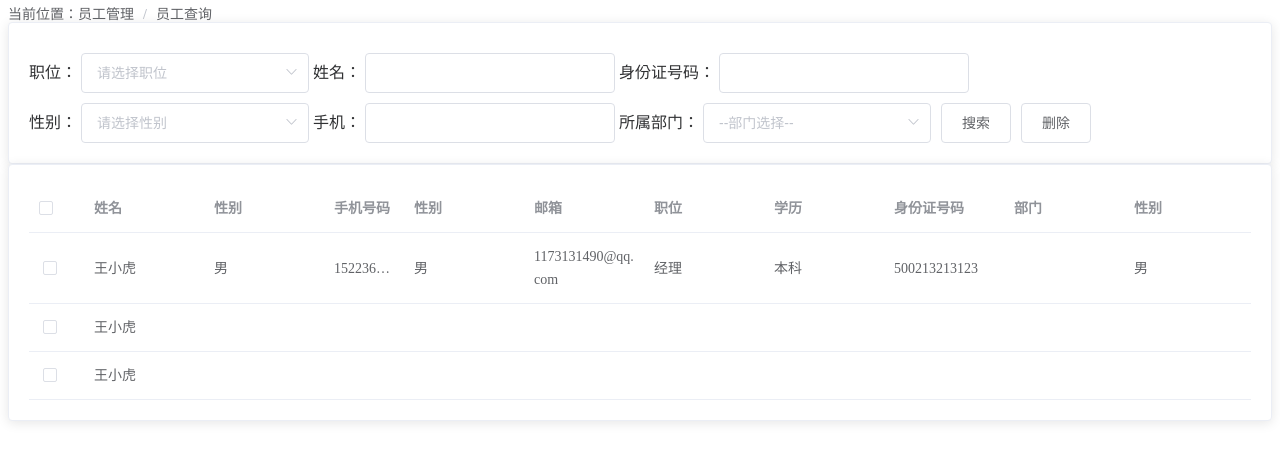
Repository: YUNjwyao/vue_hrm
Page: /#/employee
An editor plug-in stored every save of this project. The page is shown before and after the next save, followed by the edit.
The browser window is 1280 px wide. The pictures show the whole page.
The project was rebuilt for these pictures with package versions that can differ from the ones it lists, and the page was loaded fresh each time.

Above is the page before, as saved 2020-10-15 19:45:27.

After the next save:
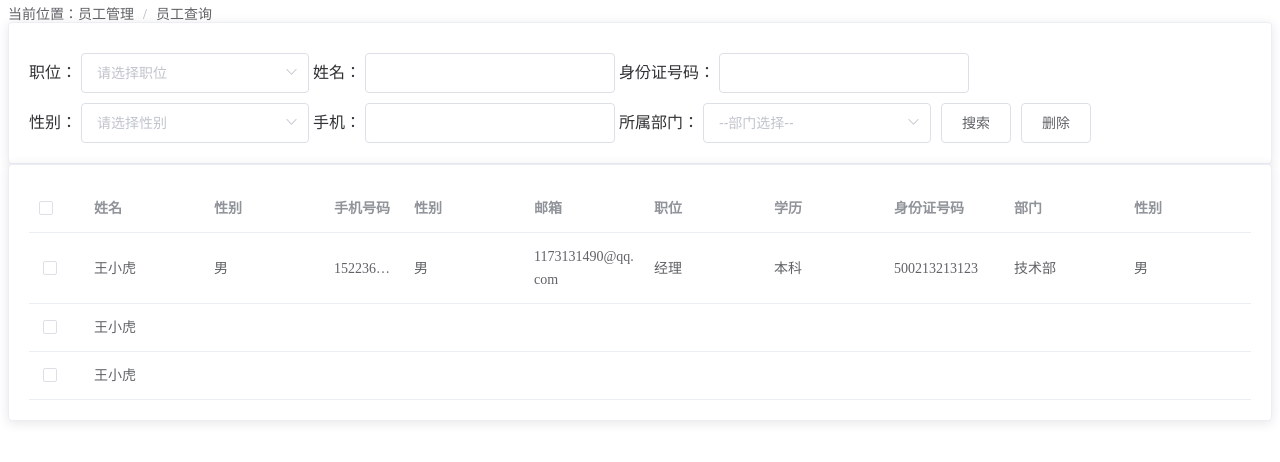
Saved 28 s later.
--- a/src/components/Employee/EmployeeQuery.vue
+++ b/src/components/Employee/EmployeeQuery.vue
@@ -165,6 +165,7 @@ export default {
 		  job: '经理',
 		  education: '本科',
 		  IdNumber: '500213213123',
+		  door: '技术部',
           address: '上海市普陀区金沙江路 1518 弄'
         }, {
           date: '2016-05-02',
